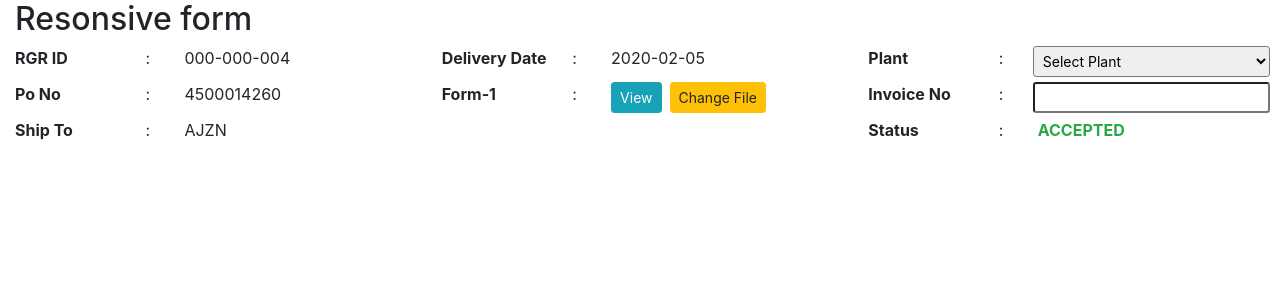
Repository: karthikairasu/Others_work
Page: form.html
An editor plug-in stored every save of this project. The page is shown before and after the next save, followed by the edit.
The browser window is 1280 px wide. The pictures show the whole page.

Above is the page before, as saved 2020-06-28 20:18:30.

### form.html
<!DOCTYPE html>
<html lang="en">
  <head>
    <title>Bootstrap Example</title>
    <meta charset="utf-8" />
    <meta name="viewport" content="width=device-width, initial-scale=1" />
    <link
      rel="stylesheet"
      href="https://maxcdn.bootstrapcdn.com/bootstrap/4.5.0/css/bootstrap.min.css"
    />
    <script src="https://ajax.googleapis.com/ajax/libs/jquery/3.5.1/jquery.min.js"></script>
    <script src="https://cdnjs.cloudflare.com/ajax/libs/popper.js/1.16.0/umd/popper.min.js"></script>
    <script src="https://maxcdn.bootstrapcdn.com/bootstrap/4.5.0/js/bootstrap.min.js"></script>
  </head>
  <body>
    <div class="container-fluid">
      <h2>Resonsive form</h2>
      <form class="" action="">
        <div class="row">
          <div class="col-md-4 col-sm-6 col-12">
            <div class="form-row">
              <label class="col-md-4 col-sm-4 col-4"><b>RGR ID</b></label>
              <label class="col-md-1 col-sm-1 col-1 px-0">:</label>
              <label class="col-md-7 col-sm-7 col-7" id="RGR_ID"
                >000-000-004
              </label>
            </div>
            <div class="form-row py-1">
              <label class="col-md-4 col-sm-4 col-4"><b>Po No</b></label>
              <label class="col-md-1 col-sm-1 col-1 px-0">:</label>
              <label class="col-md-7 col-sm-7 col-7" id="Po_No"
                >4500014260
              </label>
            </div>
            <div class="form-row">
              <label class="col-md-4 col-sm-4 col-4"><b>Ship To</b></label>
              <label class="col-md-1 col-sm-1 col-1 px-0">:</label>
              <label class="col-md-7 col-sm-7 col-7" id="Ship_To">AJZN </label>
            </div>
          </div>
          <div class="col-md-4 col-sm-6 col-12 order-first order-sm-2">
            <div class="form-row">
              <label class="col-md-4 col-sm-4 col-4"><b>Plant</b></label>
              <label class="col-md-1 col-sm-1 col-1 px-0">:</label>
              <select
                class="form-control-sm col-md-7 col-sm-7 col-7"
                name="plant"
                style="width: 60%;"
                required=""
              >
                <option value="">Select Plant</option>

                <option value="Riyadh">Riyadh</option>

                <option value="Jeddha">Jeddha</option>

                <option value="Dammam">Dammam</option>

                <option value="PMAH ">PMAH </option>
              </select>
            </div>
            <div class="form-row py-1">
              <label class="col-md-4 col-sm-4 col-4"><b>Invoice No</b></label>
              <label class="col-md-1 col-sm-1 col-1 px-0">:</label>
              <input
                type="text"
                class="form-control-sm col-md-7 col-sm-7 col-7"
                id="Invoice_No"
              />
            </div>
            <div class="form-row">
              <label class="col-md-4 col-sm-4 col-4"><b>Status</b></label>
              <label class="col-md-1 col-sm-1 col-1 px-0">:</label>
              <label class="col-md-7 col-sm-7 col-7 text-success" id="Status"
                ><b>ACCEPTED</b></label
              >
            </div>
          </div>
          <div class="col-md-4 col-sm-6 col-12">
            <div class="form-row">
              <label class="col-md-4 col-sm-4 col-4"
                ><b>Delivery Date</b></label
              >
              <label class="col-md-1 col-sm-1 col-1 px-0">:</label>
              <label class="col-md-7 col-sm-7 col-7" id="Delivery Date"
                >2020-02-05
              </label>
            </div>
            <div class="form-row py-1">
              <label class="col-md-4 col-sm-4 col-4"><b>Form-1</b></label>
              <label class="col-md-1 col-sm-1 col-1 px-0">:</label>
              <label class="col-md-7 col-sm-7 col-7 d-flex" id="form_1">
                <button class="btn btn-info btn-sm">View</button>&ensp;
                <button class="btn btn-warning btn-sm">Change File</button>
              </label>
            </div>
          </div>
        </div>
      </form>
    </div>
  </body>
</html>

After the next save:
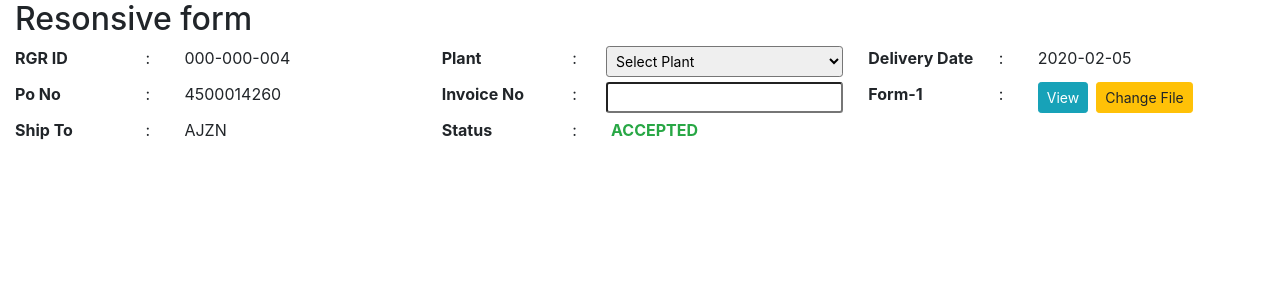
Saved 2 min 48 s later.
--- a/form.html
+++ b/form.html
@@ -38,7 +38,7 @@
               <label class="col-md-7 col-sm-7 col-7" id="Ship_To">AJZN </label>
             </div>
           </div>
-          <div class="col-md-4 col-sm-6 col-12 order-first order-sm-2">
+          <div class="col-md-4 col-sm-6 col-12">
             <div class="form-row">
               <label class="col-md-4 col-sm-4 col-4"><b>Plant</b></label>
               <label class="col-md-1 col-sm-1 col-1 px-0">:</label>
